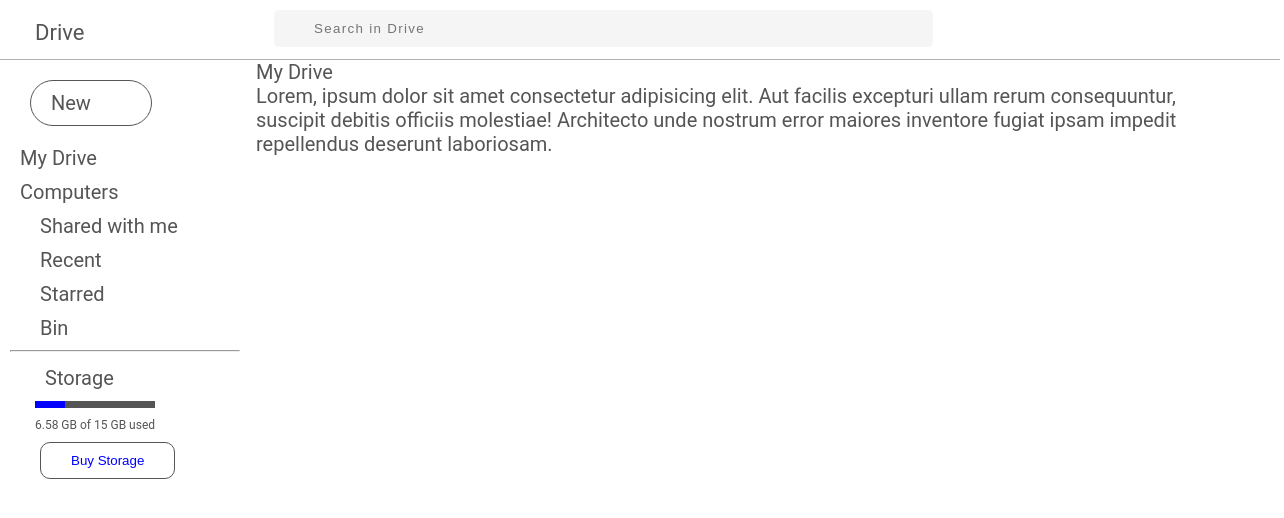
Repository: smit1298/driveclone
Page: index.html
These files come from the project's save history. The page is drawn as it stood at one moment and after the next save; the edit follows.
The browser window is 1280 px wide. The page is 1284 px wide, then 1280 px, so the pictures cover 1284 px, including what lies to the right of the window. The pictures show the whole page.
Some icons come from a web library that is not loaded, so they are not drawn.

Above is the page before, as saved 2022-02-14 20:38:29.

### index.html
<!DOCTYPE html>
<html lang="en">

<head>
    <meta charset="UTF-8">
    <meta http-equiv="X-UA-Compatible" content="IE=edge">
    <meta name="viewport" content="width=device-width, initial-scale=1.0">
    <link rel="stylesheet" href="index.css">
    <title>Google Drive</title>
</head>

<body>
    <section class="main">
        <section class="top">
            <section class="logo">
                <span class="iconify" data-icon="logos:google-drive"></span>
                <a href="http://">Drive</a>
            </section>

            <section id="search">
                <input type="text" placeholder="Search in Drive">
                <span class="iconify search" data-icon="ci:search"></span>
                <span class="iconify horizontal" data-icon="akar-icons:settings-horizontal"></span>
            </section>

            <section class="icons">
                <span class="one">
                    <span class="iconify" data-icon="ant-design:question-circle-outlined"></span>
                    <span class="iconify" data-icon="clarity:settings-line"></span>
                </span>

                <span class="two">
                    <span class="iconify" data-icon="fe:app-menu"></span>
                    <span class="iconify" data-icon="carbon:user-avatar-filled"></span>
                </span>
            </section>

        </section>

    </section>

    <section id="grid">
        <aside>
            <section class="new">
                <p>
                    <a href=""><span class="iconify" data-icon="bx:plus-medical"></span>
                        New
                    </a>
                </p>
            </section>

            <section class="details">
                <section class="drive">
                    <p> <span class="iconify" data-icon="bx:caret-right"></span>
                        <span class="iconify" data-icon="fa6-regular:hard-drive"></span>
                        <a href="">My Drive</a>
                    </p>
                </section>

                <section class="computers">
                    <p> <span class="iconify" data-icon="bx:caret-right"></span><span class="iconify"
                            data-icon="clarity:computer-solid"></span>
                        <a href=""> Computers </a>
                    </p>
                </section>

                <section class="down">
                    <section class="shared">
                        <p>
                            <span class="iconify" data-icon="ic:outline-people-alt"></span>
                            <a href="">Shared with me</a>
                        </p>
                    </section>

                    <section class="recent">
                        <p>
                            <span class="iconify" data-icon="fontisto:clock"></span>
                            <a href="">Recent</a>
                        </p>
                    </section>

                    <section class="starred">
                        <p> <span class="iconify" data-icon="bi:star"></span>
                            <a href="">Starred</a>
                        </p>
                    </section>

                    <section class="bin">
                        <p>
                            <span class="iconify" data-icon="ri:delete-bin-6-line"></span>
                            <a href="">Bin</a>
                        </p>
                    </section>

                </section>

            </section>
            <hr>
            <aside>

                <section class="storage">
                    <p>
                        <span class="iconify" data-icon="ant-design:cloud-outlined"></span>
                        <a href="">Storage</a>
                    </p>

                    <section class="half">

                        <section class="grey">
                            <section class="blue"></section>
                        </section>

                        <p class="gig">
                            6.58 GB of 15 GB used
                        </p>

                    </section>

                    <section class="button">
                        <button>Buy Storage</button>
                    </section>
            </aside>
        </aside>

        <!-- <hr class="aside"> -->

        <main id="main">
            <article>
                <span>
                    <p>My Drive</p>
                    <span>
                        <span class="iconify" data-icon="charm:layout-list" data-width="60"></span>
                        <span class="iconify" data-icon="akar-icons:plus" data-width="60"></span>

                    </span>
                </span>


                <p>Lorem, ipsum dolor sit amet consectetur adipisicing elit. Aut facilis excepturi ullam rerum
                    consequuntur,
                    suscipit debitis officiis molestiae! Architecto unde nostrum error maiores inventore fugiat ipsam
                    impedit repellendus deserunt laboriosam.</p>
            </article>
        </main>

        <aside>
            <section id="g-icons">
                <section class="tops">
                    <p>
                                            <span class="iconify icons" data-icon="logos:google-calendar" data-width="60"></span>

                    </p>

                    <p>
                    <span class="iconify icons" data-icon="logos:google-keep" data-width="60"></span>

                    </p>
                   <p>
                       <span class="iconify icons" data-icon="ion:checkmark-circle-sharp" style="color: blue;"
                        data-width="60"></span>
                   </p>

                </section>

                <section class="bottom">
                    <span class="iconify" data-icon="akar-icons:plus" data-width="60"></span>
                </section>

            </section>
        </aside>

    </section>


</body>
<script src="https://code.iconify.design/2/2.1.2/iconify.min.js"></script>

</html>

### index.css
* {
  margin: 0;
  padding: 0;
}

body {
  font-size: 1.125rem;
  font-family: "Roboto", sans-serif;
  color: rgb(85, 85, 85);
}

.main {
  padding: 10px 30px;
  border-bottom: 1px solid rgb(175, 175, 175);
}

.top {
  display: grid;
  grid-template-columns: 20% 60% 20%;
  /* padding-bottom: 0px; */
}

.logo {
  font-size: 22px;
  position: relative;
}

.logo .iconify {
  font-size: 40px;
}

.logo > a {
  color: rgb(85, 85, 85);
  text-decoration: none;
  position: absolute;
  top: 10px;
  padding-left: 5px;
}

#search {
  position: relative;
  width: 100%;
}

#search > input {
  background-color: rgba(209, 202, 202, 0.192);
  border-radius: 5px;
  width: 90%;
  height: 95%;
  border-style: none;
}

#search > input::placeholder {
  padding-left: 40px;
  letter-spacing: 0.1em;
}

.search {
  position: absolute;
  left: 10px;
  top: 10px;
  font-size: 25px;
  font-weight: 700;
}

.horizontal {
  position: absolute;
  right: 90px;
  top: 10px;
  font-size: 25px;
  font-weight: 700;
}

.icons {
  font-size: 25px;
  padding-top: 10px;
  margin-left: 10px;
}

.one {
  padding-left: 10px;
  padding-right: 10px;
}

.one > .iconify {
  padding-left: 10px;
  padding-right: 10px;
}

.two {
  padding-left: 10px;
  padding-right: 10px;
}

.two > .iconify {
  padding-left: 10px;
  padding-right: 10px;
}

/* MAIN */

#grid {
  display: grid;
  grid-template-columns: 20% 75% 5%;
}

/* ASIDE */
aside {
  padding-left: 10px;
  width: 90%;
}

p {
  font-size: 20px;
}

.details p {
  margin-bottom: 10px;
}

p > a {
  text-decoration: none;
  color: rgb(85, 85, 85);
  padding-left: 10px;
}

.new {
  width: 100px;
  padding: 10px 10px;
  margin: 20px 20px;
  border-radius: 30px;
  border: 1px solid rgb(85, 85, 85);
}

.down {
  padding-left: 20px;
}

.aside {
  width: 20%;
}

.storage {
  padding-left: 15px;
}

.storage p {
  padding-top: 10px;
}

.storage p > .iconify {
  font-size: 25px;
}

.blue {
  background-color: blue;
  height: 1vh;
  width: 30px;
}
.grey {
  background-color: rgb(85, 85, 85);
  height: 1vh;
  width: 120px;
  margin-top: 10px;
}

.gig {
  font-size: 12px;
  color: rgb(85, 85, 85);
}

aside button {
  padding: 10px 30px;
  margin: 10px 5px;
  border-radius: 10px;
  border-style: none;
  color: blue;
  background-color: white;
  border: 1px solid rgb(85, 85, 85);
}

/* ASIDE ICONS */
#g-icons {
  font-size: 1px;
  width: 100%;
}
.tops {
  padding: 20px 10px;
}
.tops p{
  /* padding: 10px 10px; */
  font-size: 10px;
}

After the next save:
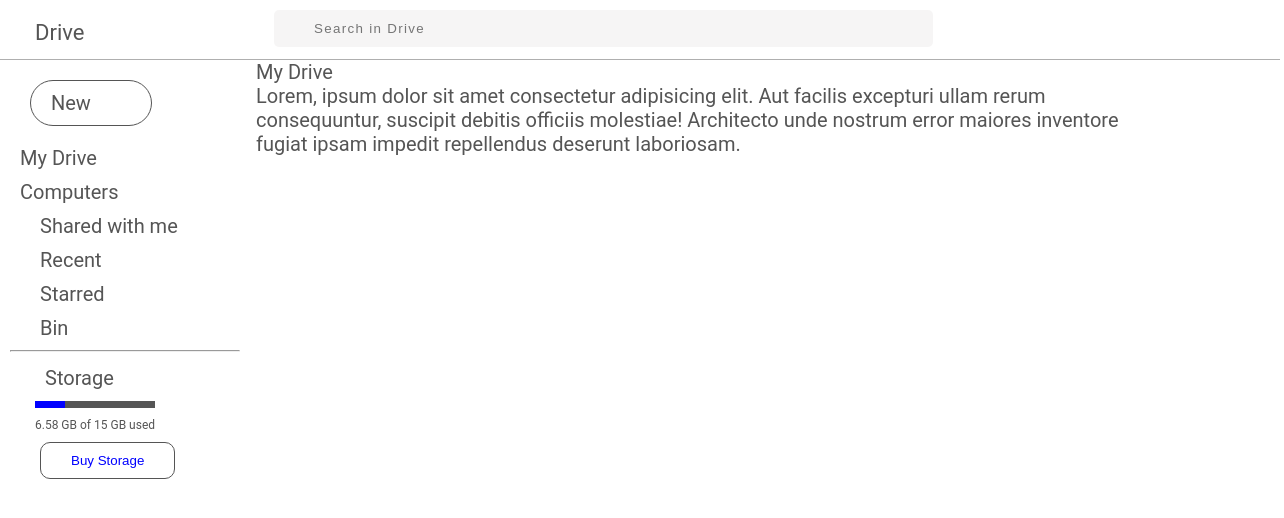
Saved 19 s later.
--- a/index.css
+++ b/index.css
@@ -101,7 +101,7 @@ body {
 
 #grid {
   display: grid;
-  grid-template-columns: 20% 75% 5%;
+  grid-template-columns: 20% 70% 5%;
 }
 
 /* ASIDE */
